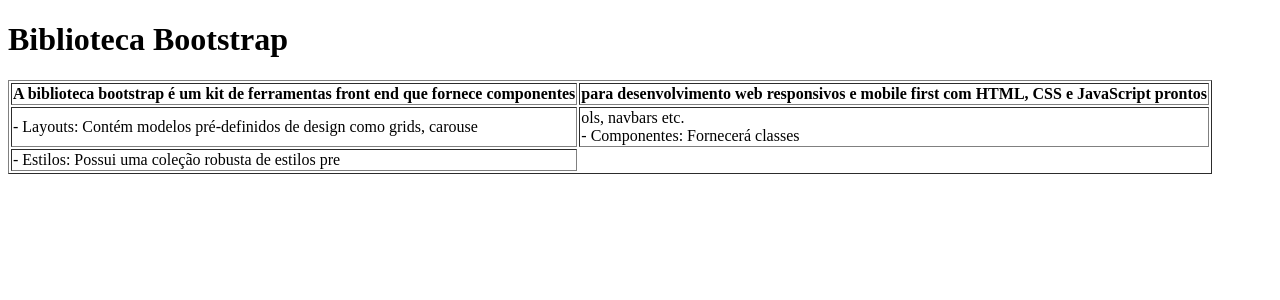
Repository: In-Game-full/Reprograme-se
Page: S-3/Aula-11(associação de CSS)/Praticas sugeridas/index.html
The author's editor kept a copy of each file at every save. The page is drawn from the files as they stood at one save, then again after a run of saves.
The browser window is 1280 px wide. The pictures show the whole page.

Above is the page before, as saved 2023-08-02 09:01:56.

### S-3/Aula-11(associação de CSS)/Praticas sugeridas/index.html
<!DOCTYPE html>
<html lang="en">

<head>
    <meta charset="UTF-8">
    <meta name="viewport" content="width=device-width, initial-scale=1.0">
    <title>Bibliotecas</title>
</head>

<body>
    <h1>Biblioteca Bootstrap</h1>
    <table border="1">
        <thead>
            <tr>
                <th>
                    A biblioteca bootstrap é um kit de ferramentas front end que fornece componentes
                </th>
                <th>
                    para desenvolvimento web responsivos e mobile first com HTML, CSS e JavaScript prontos
                </th>
            </tr>
        </thead>
        <tbody>
            <tr>
                <td>
                    - Layouts: Contém modelos pré-definidos de design como grids, carouse
                </td>
                <td>
                    ols, navbars etc.<br>- Componentes: Fornecerá classes
                </td>
            </tr>
            <tr>
                <td>
                    - Estilos: Possui uma coleção robusta de estilos pre
                </td>

            </tr>
        </tbody>
    </table>
</body>

</html>

After the next 2 saves:
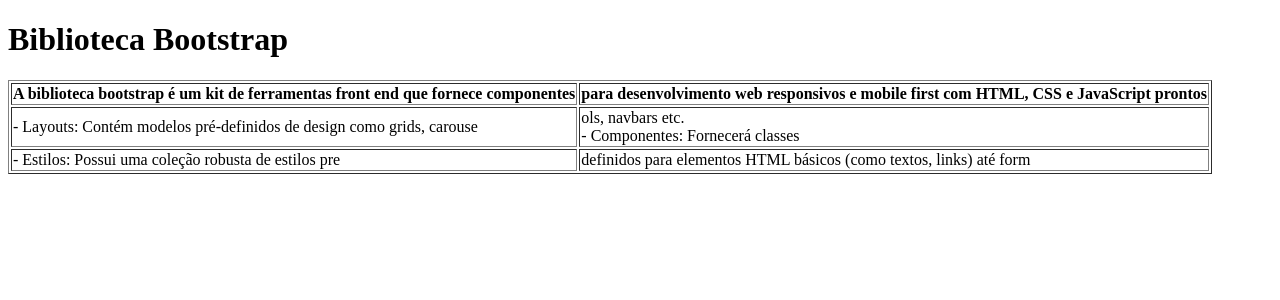
The 2 saves are shown as one change because they came seconds apart.
The last was saved 8 s later.
--- a/S-3/Aula-11(associação de CSS)/Praticas sugeridas/index.html
+++ b/S-3/Aula-11(associação de CSS)/Praticas sugeridas/index.html
@@ -33,7 +33,9 @@
                 <td>
                     - Estilos: Possui uma coleção robusta de estilos pre
                 </td>
-
+                <td>
+                    definidos para elementos HTML básicos (como textos, links) até form
+                </td>
             </tr>
         </tbody>
     </table>
